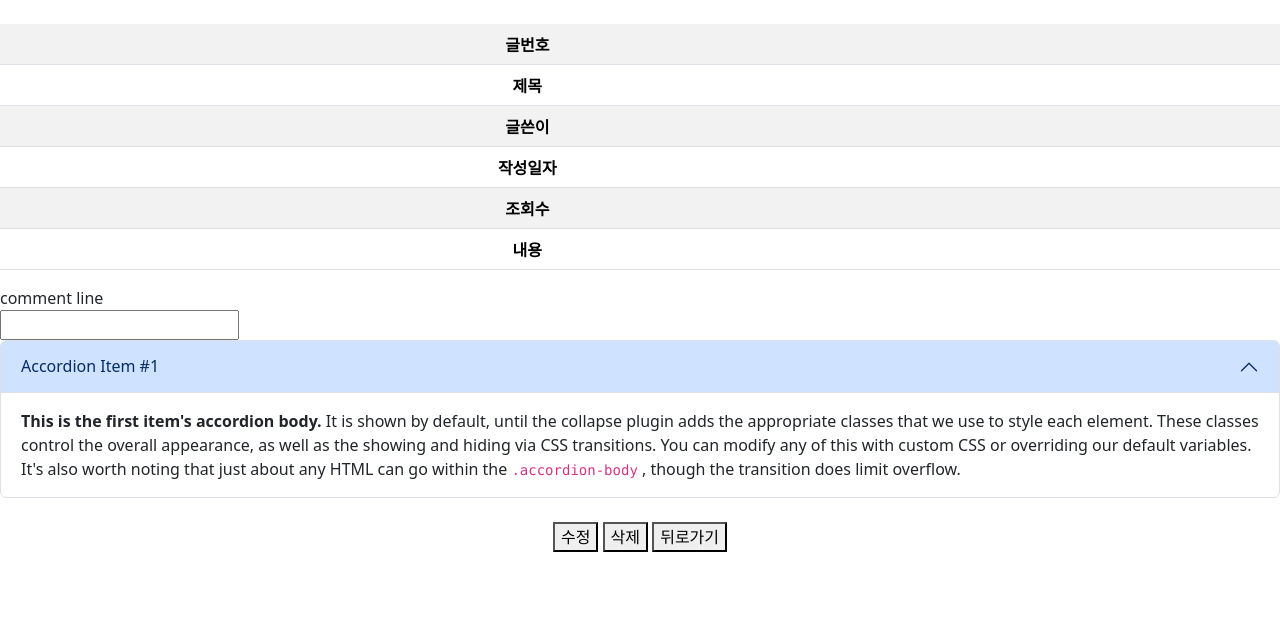
Repository: sujeong1799/JSP
Page: http://localhost/jsp_project/board/detail.jsp
An editor plug-in stored every save of this project. The page is shown before and after the next save, followed by the edit.
The browser window is 1280 px wide. The pictures show the whole page.
The page is served by Tomcat 9. Other server files are loaded and not shown. The template is opened directly, without the code that normally fills it, so the values that code supplies are empty.

Above is the page before, as saved 2023-05-19 02:14:12.

### jsp_project2/jsp_project/src/main/webapp/board/detail.jsp
<%@ page language="java" contentType="text/html; charset=UTF-8"
	pageEncoding="UTF-8"%>
<link
	href="https://cdn.jsdelivr.net/npm/bootstrap@5.3.0-alpha3/dist/css/bootstrap.min.css"
	rel="stylesheet"
	integrity="sha384-KK94CHFLLe+nY2dmCWGMq91rCGa5gtU4mk92HdvYe+M/SXH301p5ILy+dN9+nJOZ"
	crossorigin="anonymous">
<script
	src="https://cdn.jsdelivr.net/npm/bootstrap@5.3.0-alpha3/dist/js/bootstrap.bundle.min.js"
	integrity="sha384-ENjdO4Dr2bkBIFxQpeoTz1HIcje39Wm4jDKdf19U8gI4ddQ3GYNS7NTKfAdVQSZe"
	crossorigin="anonymous"></script>
<!DOCTYPE html>
<html>
<head>
<meta charset="UTF-8">
<title>detail</title>
</head>
<body>

	<br>
	<table class="table table-striped">
		<tr align="center">
			<th>글번호</th>
			<td>${bvo.bno }</td>
		</tr>
		<tr align="center">
			<th>제목</th>
			<td>${bvo.title }</td>
		</tr>
		<tr align="center">
			<th>글쓴이</th>
			<td>${bvo.writer }</td>
		</tr>
		<tr align="center">
			<th>작성일자</th>
			<td>${bvo.reg_date }</td>
		</tr>
		<tr align="center">
			<th>조회수</th>
			<td>${bvo.count }</td>
		</tr>
		<tr align="center">
			<th>내용</th>
			<td>${bvo.content }</td>
		</tr>
	</table>
	<div></div>
	comment line<br>
	<!-- 댓글 작성 라인 -->
	<input type="text" id="cmtWriter" value="${ses.id }" readonly="readonly">

	</div>
	<!-- 댓글 표시 라인 -->
		<div class="accordion" id="accordionExample">
			<div class="accordion-item">
				<h2 class="accordion-header" id="headingOne">
					<button class="accordion-button" type="button"
						data-bs-toggle="collapse" data-bs-target="#collapseOne"
						aria-expanded="true" aria-controls="collapseOne">
						Accordion Item #1</button>
				</h2>
				<div id="collapseOne" class="accordion-collapse collapse show"
					aria-labelledby="headingOne" data-bs-parent="#accordionExample">
					<div class="accordion-body">
						<strong>This is the first item's accordion body.</strong> It is
						shown by default, until the collapse plugin adds the appropriate
						classes that we use to style each element. These classes control
						the overall appearance, as well as the showing and hiding via CSS
						transitions. You can modify any of this with custom CSS or
						overriding our default variables. It's also worth noting that just
						about any HTML can go within the
						<code>.accordion-body</code>
						, though the transition does limit overflow.
					</div>
				</div>
			</div>
		</div>

	<br>
	<div align="center">
		<a href="/brd/modify?bno=${bvo.bno }"><button type="submit">수정</button></a>
		<a href="/brd/remove?bno=${bvo.bno }"><button type="submit">삭제</button></a>
		<a href="/brd/list"><button>뒤로가기</button></a>
	</div>
</body>
</html>

After the next save:
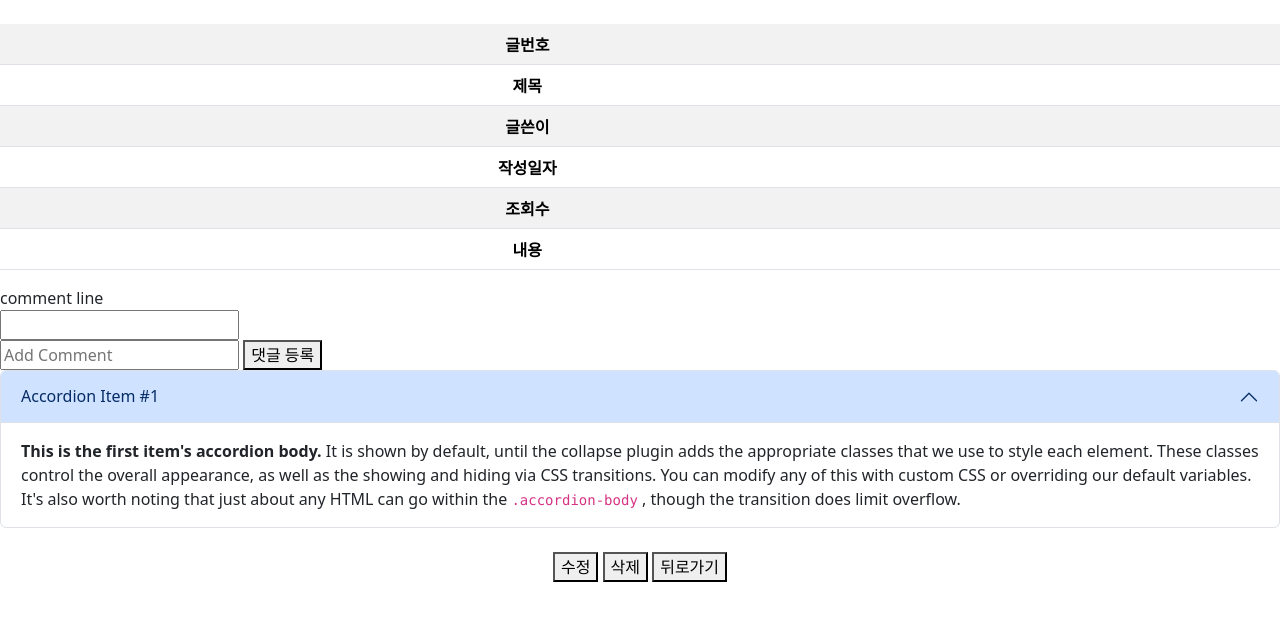
Saved 118 s later.
--- a/jsp_project2/jsp_project/src/main/webapp/board/detail.jsp
+++ b/jsp_project2/jsp_project/src/main/webapp/board/detail.jsp
@@ -47,8 +47,12 @@
 	<div></div>
 	comment line<br>
 	<!-- 댓글 작성 라인 -->
+	<!-- id로 받는 이유는? 무라고요??? name으로 받는거는 컨트롤러로 바로 가려고  -->
 	<input type="text" id="cmtWriter" value="${ses.id }" readonly="readonly">
-
+	<br>
+	<input type="text" id="cmtText" placeholder="Add Comment">
+	<!-- submit으로 보낼거 아니니까 타입 button -->
+	<button type="button" id="cmtAddbtn">댓글 등록</button>
 	</div>
 	<!-- 댓글 표시 라인 -->
 		<div class="accordion" id="accordionExample">
